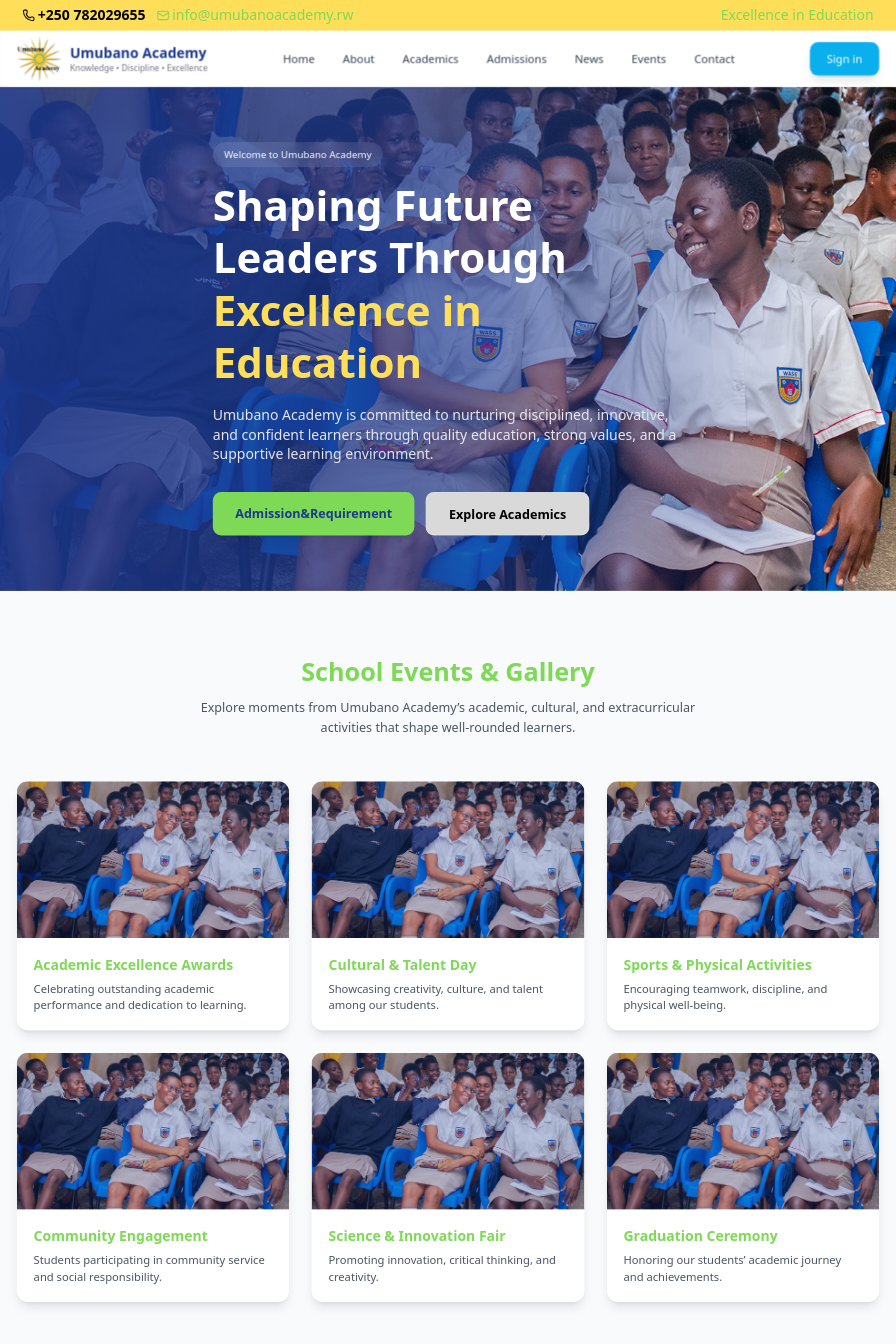
Repository: Umubano-Academy/umubano-academy-website
Page: /
An editor plug-in stored every save of this project. The page is shown before and after the next save, followed by the edit.
The browser window is 1280 px wide. The pictures show the part of the page from y = 0 to 1920 px (the page is 4911 px tall), at 70% of full size.
The project was rebuilt for these pictures with package versions that can differ from the ones it lists, and the page was loaded fresh each time. Also part of the build but not shown: vite.config.js, src/components/guest/Admission.jsx, src/components/guest/Academic.jsx, src/components/guest/About.jsx, src/components/admin/sidebar/data/menuData.js, src/components/admin/sidebar/SideBar.jsx, src/components/admin/Header/Header.jsx, src/components/admin/LayOut.jsx and 3 more.

Above is the page before, as saved 2026-01-13 19:11:38.

### index.html
<!doctype html>
<html lang="en">
  <head>
    <meta charset="UTF-8" />
    <!-- <link rel="icon" type="image/svg+xml" href="/vite.svg" /> -->
    <meta name="viewport" content="width=device-width, initial-scale=1.0" />
    <title>umubano-academy</title>
  </head>
  <body>
    <div id="root"></div>
    <script type="module" src="/src/main.jsx"></script>
  </body>
</html>

### src/App.jsx
import React from 'react'
import { BrowserRouter, Route, Routes } from 'react-router-dom'
import NavBar from './components/guest/NavBar'
import Hero from './components/guest/Hero'
import Event from './components/guest/Event'
import News from './components/guest/News'
import Layout from './components/guest/Layout'
import Home from './components/guest/Home'
import Admission from './components/guest/Admission'
import Academic from './components/guest/Academic'
import About from './components/guest/About'
import LayOut from './components/admin/LayOut'
import Dashboard from './components/admin/pages/Dashboard'
import Login from './components/guest/forms/Login'
import ResetPassword from './components/guest/forms/ResetPassword'


function App() {
  return (
    <BrowserRouter>

    <Routes>
      <Route path='/' element={<Layout />}>
      <Route index element={<Home />} />
      <Route path='/admission' element={<Admission />} />
      <Route path='/academic' element={<Academic />} />
      <Route path='/aboutus' element={<About />} />
      <Route path='/login' element={<Login />} />
      <Route path="/password-reset" element={<ResetPassword />} />
      </Route>

      <Route path='/admin' element={<LayOut />}>
      <Route index element={<Dashboard />} />
      </Route>
    </Routes>
    </BrowserRouter>

  )
}

export default App

### src/components/guest/NavBar.jsx
import React, { useState } from "react"
import { Menu, X, Phone, Mail, GraduationCap } from "lucide-react"
import { motion, AnimatePresence } from "framer-motion"
import logo from "../../assets/UALOGO.png"
import { Link } from "react-router-dom"

function NavBar() {
  const [open, setOpen] = useState(false)

  const navLinks = [
    "Home",
    "About",
    "Academics",
    "Admissions",
    "News",
    "Events",
    "Contact",
  ]

  return (
    <>
      {/* Top Info Bar */}
      <div className="hidden md:flex justify-between items-center px-8 py-2 bg-[#FFDE59] text-[#7ED956] text-sm">
        <div className="flex items-center gap-4">
          <span className="flex items-center gap-1 text-xl text-black font-bold">
            <Phone size={18} /> +250 782029655
          </span>
          <span className="flex text-xl items-center gap-1  text-[#7ED956] font-medium">
            <Mail size={18} /> info@umubanoacademy.rw
          </span>
        </div>
        <span className=" text-xl  text-[#7ED956] font-medium">Excellence in Education</span>
      </div>

      {/* Main Navbar */}
      <header className="sticky top-0 z-50 bg-white/80 backdrop-blur-xl shadow-sm">
        <div className="max-w-7xl mx-auto px-6">
          <div className="flex items-center justify-between h-20">

            {/* Logo */}
            <Link to="/" className="flex items-center gap-3">
              <img src={logo} alt="Umubano Academy Logo" className="w-16 h-16 object-contain" />
              {/* <div className="w-12 h-12 bg-blue-900 text-white flex items-center justify-center rounded-xl">
                <GraduationCap size={28} />
              </div> */}
              <div>
                <h1 className="text-xl font-bold text-blue-900">
                  Umubano Academy
                </h1>
                <p className="text-xs text-gray-500">
                  Knowledge • Discipline • Excellence
                </p>
              </div>
            </Link>

            {/* Desktop Menu */}
            <nav className="hidden lg:flex items-center gap-10">
              {navLinks.map((link) => (
                <a
                  key={link}
                  href={`/${link.toLowerCase()}`}
                  className="relative text-gray-700 font-medium hover:text-blue-900 transition group"
                >
                  {link}
                  <span className="absolute left-0 -bottom-1 w-0 h-0.5 bg-blue-900 transition-all group-hover:w-full"></span>
                </a>
              ))}
            </nav>

            {/* CTA */}
            <div className="hidden lg:flex">
              <a
                href="/login"
                className="bg-[#0AB0EE] text-white px-6 py-3 rounded-xl font-medium shadow-lg hover:shadow-xl transition"
              >
                Sign in
              </a>
            </div>

            {/* Mobile Menu Button */}
            <button
              onClick={() => setOpen(!open)}
              className="lg:hidden text-blue-900"
            >
              {open ? <X size={30} /> : <Menu size={30} />}
            </button>
          </div>
        </div>

        {/* Mobile Menu */}
        <AnimatePresence>
          {open && (
            <motion.div
              initial={{ opacity: 0, y: -20 }}
              animate={{ opacity: 1, y: 0 }}
              exit={{ opacity: 0, y: -20 }}
              transition={{ duration: 0.3 }}
              className="lg:hidden bg-white shadow-xl"
            >
              <div className="flex flex-col px-6 py-6 gap-6">
                {navLinks.map((link) => (
                  <a
                    key={link}
                    href={`/${link.toLowerCase()}`}
                    className="text-lg font-medium text-gray-700 hover:text-blue-900"
                    onClick={() => setOpen(false)}
                  >
                    {link}
                  </a>
                ))}

                <Link to="login"

                  className="mt-4 text-center bg-blue-900 text-white py-3 rounded-xl font-medium"
                >
                  Login
                </Link>
              </div>
            </motion.div>
          )}
        </AnimatePresence>
      </header>
    </>
  )
}

export default NavBar

### src/components/guest/Hero.jsx
import React from "react"
import { motion } from "framer-motion"
import heroImage from "../../assets/umubano.jpg"

function Hero() {
  return (
    <section
      className="relative h-screen flex items-center"
      style={{
        backgroundImage: `url(${heroImage})`,
        backgroundSize: "cover",
        backgroundPosition: "center",
      }}
    >
      {/* Overlay */}
      <div className="absolute inset-0 bg-gradient-to-r from-blue-900/90 via-blue-900/70 to-transparent"></div>

      {/* Content */}
      <div className="relative z-10 max-w-7xl mx-auto px-6">
        <motion.div
          initial={{ opacity: 0, y: 40 }}
          animate={{ opacity: 1, y: 0 }}
          transition={{ duration: 0.8 }}
          className="max-w-2xl text-white"
        >
          <span className="inline-block mb-4 px-4 py-2 bg-white/10 backdrop-blur rounded-full text-sm font-medium">
            Welcome to Umubano Academy
          </span>

          <h1 className="text-4xl md:text-6xl font-bold leading-tight mb-6">
            Shaping Future Leaders Through{" "}
            <span className="text-[#FFDE59]">Excellence in Education</span>
          </h1>

          <p className="text-lg md:text-xl text-gray-200 mb-10">
            Umubano Academy is committed to nurturing disciplined, innovative,
            and confident learners through quality education, strong values,
            and a supportive learning environment.
          </p>

          <div className="flex flex-col sm:flex-row gap-4">
            <a
              href="/admission"
              className="bg-[#7ED956] text-blue-900 px-8 py-4 rounded-xl font-semibold text-lg hover:bg-[#FFDE59] transition shadow-lg"
            >
              Admission&Requirement
            </a>

            <a
              href="/academic"
              className="border border-white/40 px-8 py-4 rounded-xl font-semibold text-lg text-black bg-[#D9D9D9] hover:bg-[#0AB0EE] hover:text-blue-900 transition"
            >
              Explore Academics
            </a>
          </div>
        </motion.div>
      </div>
    </section>
  )
}

export default Hero

### src/components/guest/Event.jsx
import React from "react"
import { motion } from "framer-motion"
import heroImage from "../../assets/umubano.jpg"

function Event() {
  const items = [
    {
      title: "Academic Excellence Awards",
      description:
        "Celebrating outstanding academic performance and dedication to learning.",
      image: heroImage,
    },
    {
      title: "Cultural & Talent Day",
      description:
        "Showcasing creativity, culture, and talent among our students.",
      image: heroImage,
    },
    {
      title: "Sports & Physical Activities",
      description:
        "Encouraging teamwork, discipline, and physical well-being.",
      image: heroImage,
    },
    {
      title: "Community Engagement",
      description:
        "Students participating in community service and social responsibility.",
      image: heroImage,
    },
    {
      title: "Science & Innovation Fair",
      description:
        "Promoting innovation, critical thinking, and creativity.",
      image: heroImage,
    },
    {
      title: "Graduation Ceremony",
      description:
        "Honoring our students’ academic journey and achievements.",
      image: heroImage,
    },
  ]

  return (
    <section className="py-24 bg-gray-50">
      <div className="max-w-7xl mx-auto px-6">

        {/* Section Header */}
        <motion.div
          initial={{ opacity: 0, y: 30 }}
          whileInView={{ opacity: 1, y: 0 }}
          viewport={{ once: true }}
          transition={{ duration: 0.6 }}
          className="text-center max-w-3xl mx-auto mb-16"
        >
          <h2 className="text-3xl md:text-4xl font-bold text-[#7ED956] mb-4">
            School Events & Gallery
          </h2>
          <p className="text-gray-600 text-lg">
            Explore moments from Umubano Academy’s academic, cultural, and
            extracurricular activities that shape well-rounded learners.
          </p>
        </motion.div>

        {/* Cards Grid */}
        <motion.div
          initial="hidden"
          whileInView="visible"
          viewport={{ once: true }}
          variants={{
            visible: {
              transition: {
                staggerChildren: 0.15,
              },
            },
          }}
          className="grid grid-cols-1 sm:grid-cols-2 lg:grid-cols-3 gap-8"
        >
          {items.map((item, index) => (
            <motion.div
              key={index}
              variants={{
                hidden: { opacity: 0, y: 40 },
                visible: { opacity: 1, y: 0 },
              }}
              transition={{ duration: 0.6 }}
              className="group bg-white rounded-2xl shadow-lg overflow-hidden hover:-translate-y-2 transition"
            >
              {/* Image */}
              <div className="relative h-56 overflow-hidden">
                <img
                  src={item.image}
                  alt={item.title}
                  className="w-full h-full object-cover group-hover:scale-110 transition duration-500"
                />
                <div className="absolute inset-0 bg-blue-900/30 group-hover:bg-blue-900/50 transition"></div>
              </div>

              {/* Content */}
              <div className="p-6">
                <h3 className="text-xl font-semibold text-[#7ED956] mb-2">
                  {item.title}
                </h3>
                <p className="text-gray-600">
                  {item.description}
                </p>
              </div>
            </motion.div>
          ))}
        </motion.div>
      </div>
    </section>
  )
}

export default Event

### src/components/guest/News.jsx
import React from "react"
import { motion } from "framer-motion"
import heroImage from "../../assets/umubano.jpg"

function News() {
  const newsList = [
    {
      title: "Opening of New Academic Term",
      date: "September 10, 2026",
      description:
        "Umubano Academy welcomes students and parents to the new academic term with renewed commitment to excellence.",
      image: heroImage,
    },
    {
      title: "Admissions Now Open",
      date: "August 25, 2026",
      description:
        "Applications are now open for Nursery, Primary, and Secondary levels for the upcoming academic year.",
      image: heroImage,
    },
    {
      title: "Outstanding National Examination Results",
      date: "July 30, 2026",
      description:
        "Our students achieved excellent results in the national examinations, reflecting our quality education.",
      image: heroImage,
    },
  ]

  return (
    <section className="py-24 bg-white">
      <div className="max-w-7xl mx-auto px-6">

        {/* Section Header */}
        <motion.div
          initial={{ opacity: 0, y: 30 }}
          whileInView={{ opacity: 1, y: 0 }}
          viewport={{ once: true }}
          transition={{ duration: 0.6 }}
          className="text-center max-w-3xl mx-auto mb-16"
        >
          <h2 className="text-3xl md:text-4xl font-bold text-[#7ED956] mb-4">
            News & Announcements
          </h2>
          <p className="text-gray-600 text-lg">
            Stay informed with the latest updates, events, and important
            announcements from Umubano Academy.
          </p>
        </motion.div>

        {/* News Grid */}
        <motion.div
          initial="hidden"
          whileInView="visible"
          viewport={{ once: true }}
          variants={{
            visible: {
              transition: { staggerChildren: 0.15 },
            },
          }}
          className="grid grid-cols-1 md:grid-cols-2 lg:grid-cols-3 gap-8"
        >
          {newsList.map((news, index) => (
            <motion.article
              key={index}
              variants={{
                hidden: { opacity: 0, y: 40 },
                visible: { opacity: 1, y: 0 },
              }}
              transition={{ duration: 0.6 }}
              className="bg-gray-50 rounded-2xl shadow-md hover:shadow-xl transition overflow-hidden group"
            >
              {/* Image */}
              <div className="relative h-48 overflow-hidden">
                <img
                  src={news.image}
                  alt={news.title}
                  className="w-full h-full object-cover group-hover:scale-110 transition duration-500"
                />
                <div className="absolute inset-0 bg-blue-900/30"></div>

                {/* Date Badge */}
                <span className="absolute top-4 left-4 bg-[#FFDE59] text-blue-900 px-3 py-1 rounded-full text-sm font-semibold">
                  {news.date}
                </span>
              </div>

              {/* Content */}
              <div className="p-6">
                <h3 className="text-xl font-semibold text-[#7ED956] mb-3">
                  {news.title}
                </h3>
                <p className="text-gray-600 mb-5">
                  {news.description}
                </p>


              </div>
            </motion.article>
          ))}
        </motion.div>

        {/* View All */}
        <div className="text-center mt-14">
          <a
            href="/news"
            className="inline-block bg-[#0AB0EE] text-white px-8 py-4 rounded-xl font-semibold hover:bg-[#7ED956] transition shadow-lg"
          >
            View All News
          </a>
        </div>

      </div>
    </section>
  )
}

export default News

### src/components/guest/Layout.jsx
import React from 'react'
import NavBar from './NavBar'
import { Outlet } from 'react-router-dom'
import Footer from './Footer'


function Layout() {
  return (
    <div>
      <NavBar />

      <div>
        <Outlet />
      </div>
      <div>
        <Footer />
      </div>
    </div>
  )
}

export default Layout

### src/components/guest/Home.jsx
import React from 'react'
import NavBar from './NavBar'
import Hero from './Hero'
import Event from './Event'
import News from './News'
import Contact from './Contact'

function Home() {
  return (
    <div>
      <Hero />
      <Event />
      <News />
      <Contact />

    </div>
  )
}

export default Home

### src/components/guest/Footer.jsx
import React from "react"
import {
  Phone,
  Mail,
  MapPin,
  Facebook,
  Twitter,
  Instagram,
  GraduationCap,
} from "lucide-react"
import logo from "../../assets/UALOGO.png"

function Footer() {
  return (
    <footer className="bg-[#0AB0EE] text-white">
      <div className="max-w-7xl mx-auto px-6 py-20">

        {/* Top Section */}
        <div className="grid grid-cols-1 md:grid-cols-2 lg:grid-cols-4 gap-12">

          {/* School Info */}
          <div>
            <div className="flex items-center gap-3 mb-6">
              <img src={logo} alt="Umubano Academy Logo" className="w-16 h-16 object-contain" />
              <h3 className="text-xl font-bold text-white">
                Umubano Academy
              </h3>
            </div>
            <p className="text-white leading-relaxed">
              Umubano Academy is dedicated to providing quality education,
              strong values, and a nurturing environment that shapes future
              leaders.
            </p>
          </div>

          {/* Quick Links */}
          <div>
            <h4 className="text-lg font-semibold text-white mb-6">
              Quick Links
            </h4>
            <ul className="space-y-4">
              {[
                "Home",
                "About Us",
                "Academics",
                "Admissions",
                "News",
                "Contact",
              ].map((link) => (
                <li key={link}>
                  <a
                    href={`/${link.toLowerCase().replace(" ", "")}`}
                    className="hover:text-yellow-400 transition"
                  >
                    {link}
                  </a>
                </li>
              ))}
            </ul>
          </div>

          {/* Contact Info */}
          <div>
            <h4 className="text-lg font-semibold text-white mb-6">
              Contact Us
            </h4>
            <ul className="space-y-4">
              <li className="flex items-start gap-3">
                <Phone size={18} className="text-yellow-400 mt-1" />
                <span>+250 782029655</span>
              </li>
              <li className="flex items-start gap-3">
                <Mail size={18} className="text-yellow-400 mt-1" />
                <span>info@umubanoacademy.rw</span>
              </li>
              <li className="flex items-start gap-3">
                <MapPin size={18} className="text-yellow-400 mt-1" />
                <span>
                  Kigali City, Kicukiro District, Kabeza
                </span>
              </li>
            </ul>
          </div>

          {/* Motto & Social */}
          <div>
            <h4 className="text-lg font-semibold text-white mb-6">
              Our Motto
            </h4>
            <p className="italic mb-6">
              “Knowledge, Discipline & Excellence”
            </p>

            <div className="flex gap-4">
              <a
                href="#"
                className="w-10 h-10 bg-white/10 flex items-center justify-center rounded-full hover:bg-yellow-400 hover:text-blue-900 transition"
              >
                <Facebook size={18} />
              </a>
              <a
                href="#"
                className="w-10 h-10 bg-white/10 flex items-center justify-center rounded-full hover:bg-yellow-400 hover:text-blue-900 transition"
              >
                <Twitter size={18} />
              </a>
              <a
                href="#"
                className="w-10 h-10 bg-white/10 flex items-center justify-center rounded-full hover:bg-yellow-400 hover:text-blue-900 transition"
              >
                <Instagram size={18} />
              </a>
            </div>
          </div>

        </div>
      </div>

      {/* Bottom Bar */}
      <div className="border-t border-white/10 py-6 text-center text-sm text-white">
        © {new Date().getFullYear()} Umubano Academy. All rights reserved.
      </div>
    </footer>
  )
}

export default Footer

Loaded but not shown: src/main.jsx (common file); src/index.css (common file); src/components/guest/Contact.jsx (156 lines, source omitted)

After the next save:
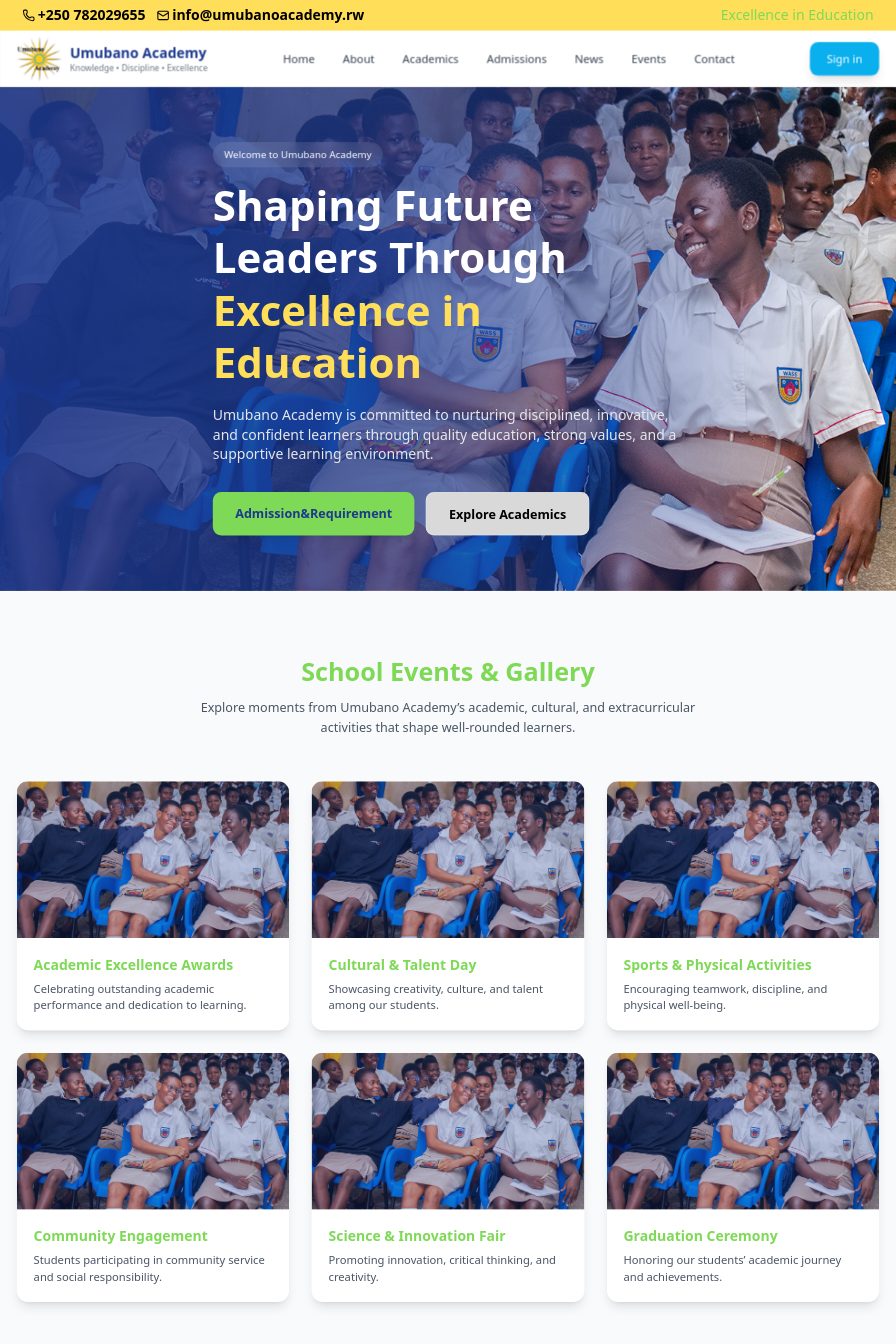
Saved 31 s later.
--- a/src/components/guest/NavBar.jsx
+++ b/src/components/guest/NavBar.jsx
@@ -25,7 +25,7 @@ function NavBar() {
           <span className="flex items-center gap-1 text-xl text-black font-bold">
             <Phone size={18} /> +250 782029655
           </span>
-          <span className="flex text-xl items-center gap-1  text-[#7ED956] font-medium">
+          <span className="flex text-xl items-center gap-1  text-black font-bold">
             <Mail size={18} /> info@umubanoacademy.rw
           </span>
         </div>
